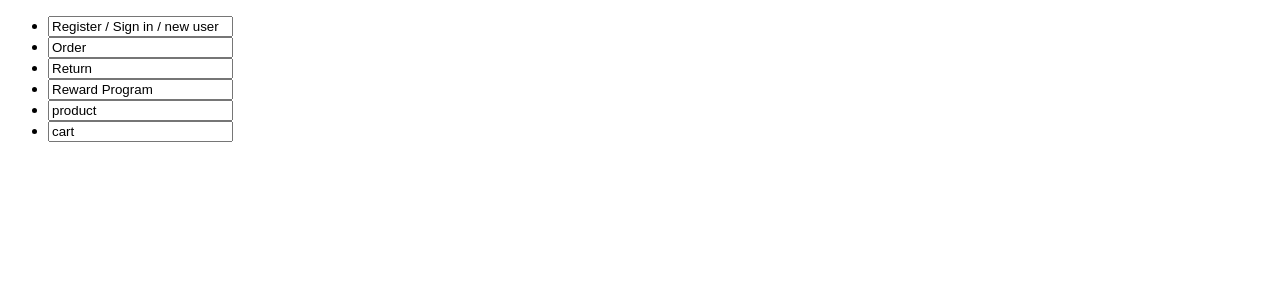
Repository: rahmankashfia/java-practise-eclipes
Page: TestProject/WebContent/WEB-INF/html/index.html
These files come from the project's save history. The page is drawn as it stood at one moment and after the next save; the edit follows.
The browser window is 1280 px wide. The pictures show the whole page.

Above is the page before, as saved 2020-02-05 04:05:36.

### TestProject/WebContent/WEB-INF/html/index.html
<!DOCTYPE html PUBLIC "-//W3C//DTD HTML 4.01 Transitional//EN" "http://www.w3.org/TR/html4/loose.dtd">
<html>
<head>
<meta http-equiv="Content-Type" content="text/html; charset=UTF-8">
<title>Welcome</title>
</head>
<body>

	<form>
		<ul>
			<li><input value="Register / Sign in / new user"/></li>
			<li><input value="Order"/></li>
			<li><input value="Return"/></li>
			<li><input value="Reward Program"/></li>
			<li><input value="product"/></li>
			<li><input value="cart"/></li>
		</ul>
	</form>




</body>
</html>

After the next save:
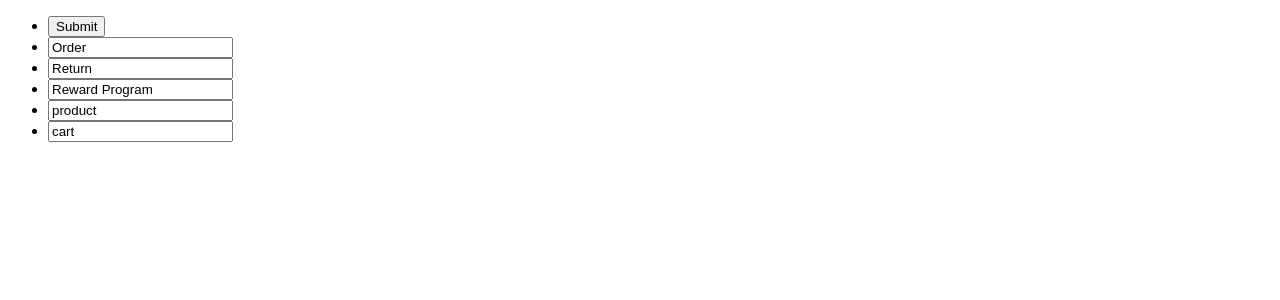
Saved 36 s later.
--- a/TestProject/WebContent/WEB-INF/html/index.html
+++ b/TestProject/WebContent/WEB-INF/html/index.html
@@ -8,7 +8,7 @@
 
 	<form>
 		<ul>
-			<li><input value="Register / Sign in / new user"/></li>
+			<li><input type="submit" Register / Sign in / new user"/></li>
 			<li><input value="Order"/></li>
 			<li><input value="Return"/></li>
 			<li><input value="Reward Program"/></li>
